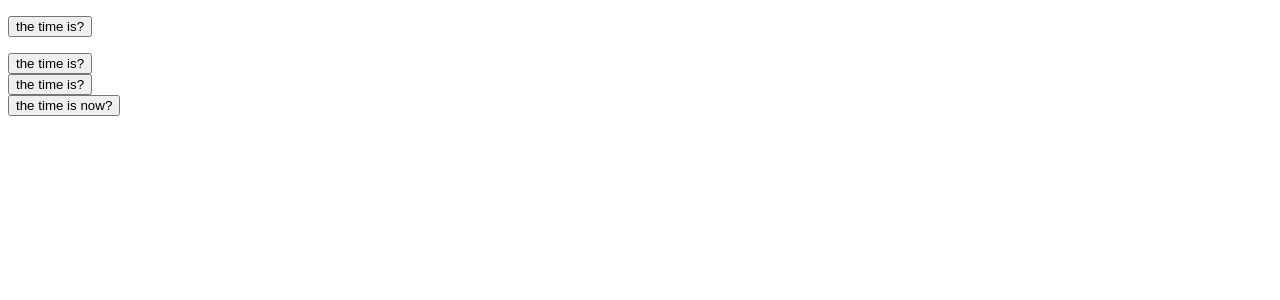
Repository: Dauddaniel/my-clock
Page: Bulb/Event.html
The author's editor kept a copy of each file at every save. The page is drawn from the files as they stood at one save, then again after a run of saves.
The browser window is 1280 px wide. The pictures show the whole page.

Above is the page before, as saved 2023-05-18 08:38:59.
Console error: SyntaxError: Unexpected token '='

After the next 4 saves:
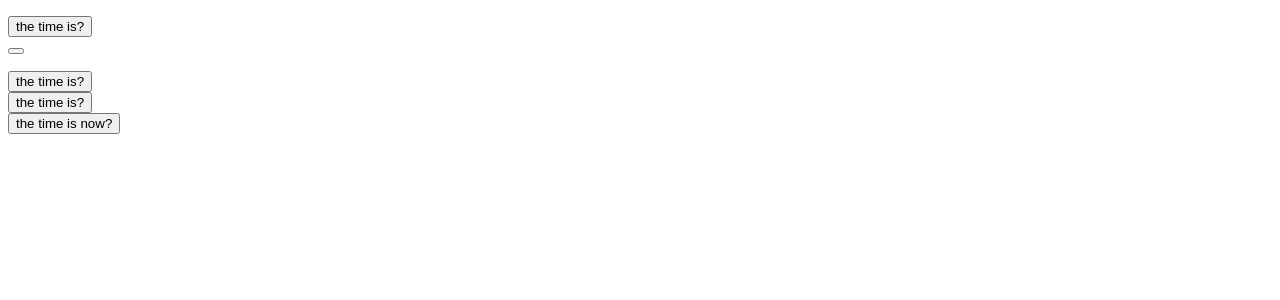
The 4 saves are shown as one change because they came seconds apart.
The last was saved 36 s later.
--- a/Bulb/Event.html
+++ b/Bulb/Event.html
@@ -11,6 +11,7 @@
     <p id="onmouse"></p>
 
     <button onclick="document.getElementById (demo).innerHTML=date()"> the time is?</button><br>
+    <button on></button>
 
     <p id="demo"></p>
     <button onclick="this.innerHTML=Date()">the time is?</button><br>
